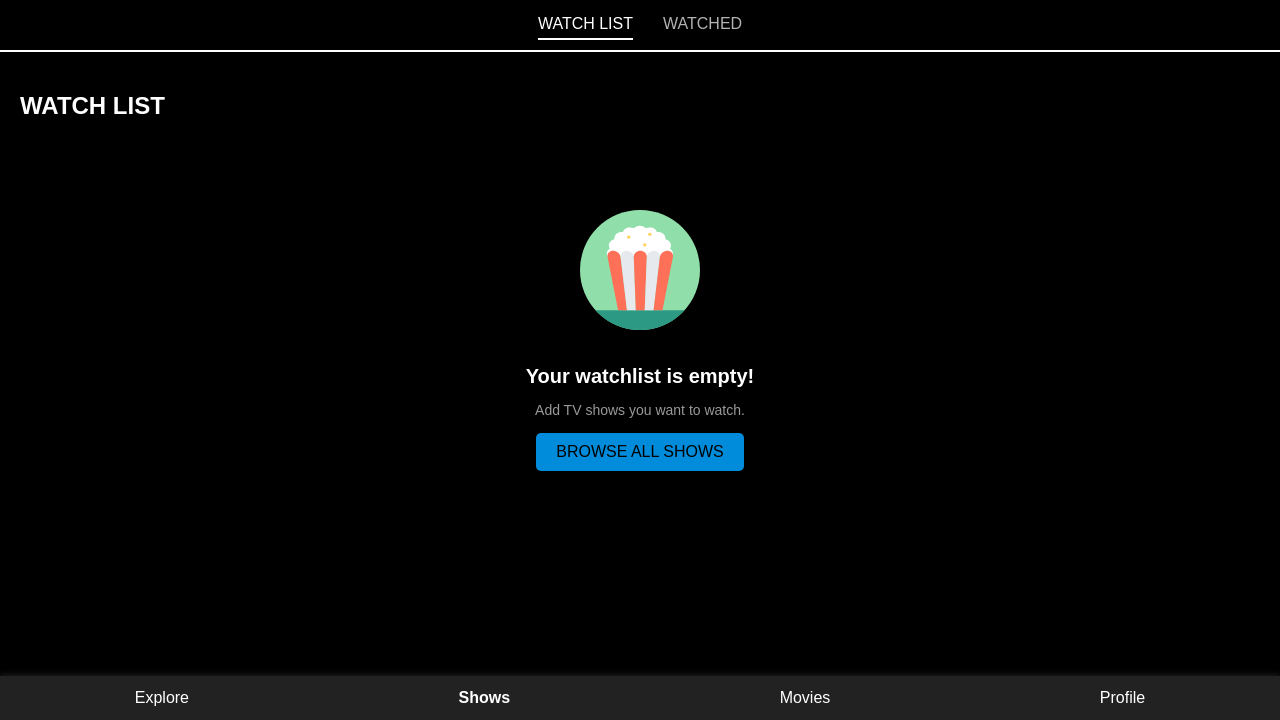
Repository: carson-jenkins-5/tracktv
Page: tracktv/frontend/shows.html
The author's editor kept a copy of each file at every save. The page is drawn from the files as they stood at one save, then again after the next save.
The browser window is 1280 px wide. The pictures show the whole page.
The page's requests for data from a server got no answer.

Above is the page before, as saved 2025-03-04 16:06:41.

After the next save:
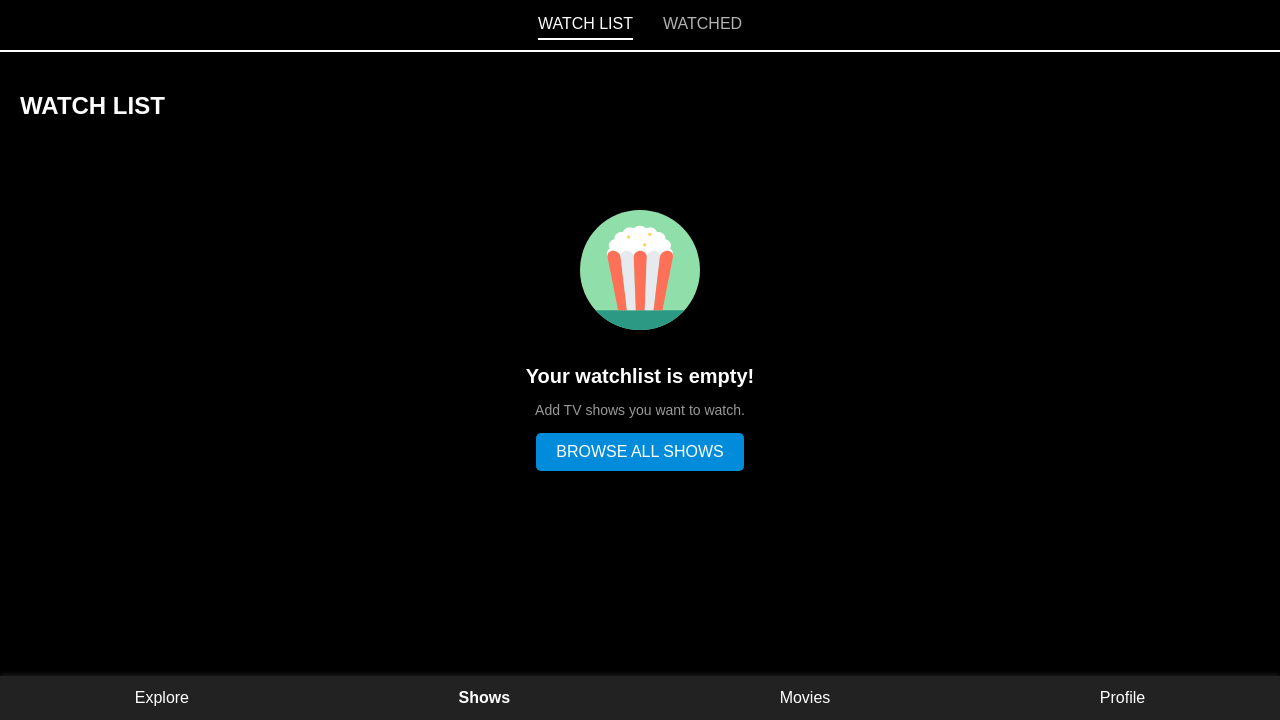
Saved 40 s later.
--- a/tracktv/frontend/styles.css
+++ b/tracktv/frontend/styles.css
@@ -187,7 +187,7 @@ body {
 
 .empty-state button {
     background-color: #008CDA;
-    color: black;
+    color: white;
     padding: 10px 20px;
     border: none;
     font-size: 16px;
